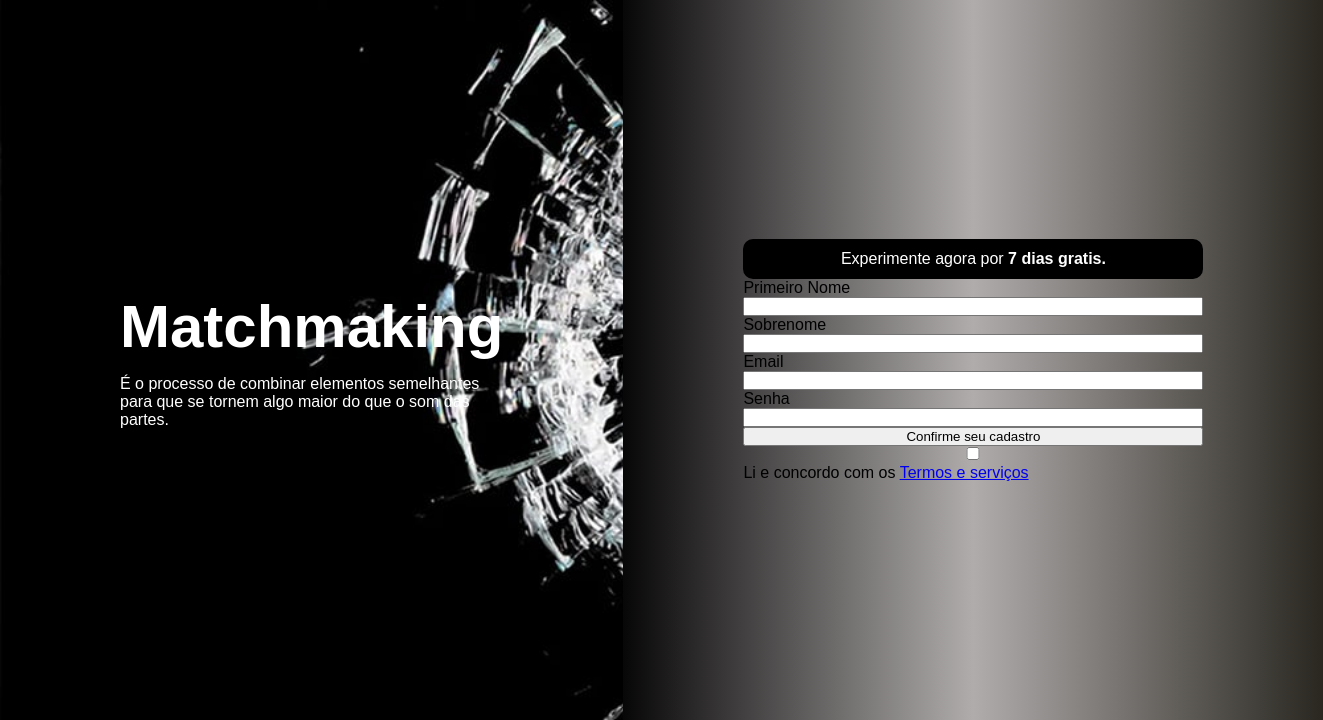
Repository: analessp/tela-login
Page: index.html
The author's editor kept a copy of each file at every save. The page is drawn from the files as they stood at one save, then again after a run of saves.
The browser window is 1280 px wide. The page is 1323 px wide, so the pictures cover 1323 px, including what lies to the right of the window. The pictures show the whole page.
Some web fonts or font styles are not loaded; a fallback is used.

Above is the page before, as saved 2025-04-16 09:43:11.

### index.html
<!DOCTYPE html>
<html lang="pt-br">
  <head>
    <meta charset="UTF-8" />
    <meta name="viewport" content="width=device-width, initial-scale=1.0" />
    <title>Tela de Login</title>
    <link rel="stylesheet" href="style.css" />
    <link rel="preconnect" href="https://fonts.googleapis.com" />
    <link rel="preconnect" href="https://fonts.gstatic.com" crossorigin />
    <link href="https://fonts.googleapis.com/css2?family=Nunito:ital,wght@0,200..1000;1,200..1000&family=Special+Gothic&display=swap" rel="stylesheet" />
  </head>
  <body>
    <main>
      <div class="container-left">
        <h1>Matchmaking</h1>
        <p>É o processo de combinar elementos semelhantes para que se tornem algo maior do que o som das partes.</p>
      </div>
      <div class="container-right">
        <a href="#" class="teste-gratis">
          <p>Experimente agora por <b>7 dias gratis.</b></p>
        </a>
        <div class="forms">
          <form>

            <div>
              <label for="name">
                <p>Primeiro Nome</p>
                <input id="name" type="text" />
              </label>
            </div>

            <div>
                <label for="lastname">
                    <p>Sobrenome</p>
                    <input id="lastname" type="text" />
                </label>
            </div>

            <div>
                <label for="email">
                    <p>Email</p>
                    <input id="email" type="email" />
                </label>
            </div>

            <div>
                <label for="password">
                    <p>Senha</p>
                    <input id="password" type="password" />
                </label>
            </div>

            <button type="submit">
                <p>Confirme seu cadastro</p>
            </button>
            <div>
                <input type="checkbox">
                <p>
                    Li e concordo com os <a href="#">Termos e serviços</a>
                </p>
            </div>
          </form>
        </div>
      </div>
    </main>
  </body>
</html>

### style.css
* {
    margin: 0;
    padding: 0;
    box-sizing: border-box;
    width: 100%;
    font-family: "Special Gothic", sans-serif;
}

main {
    display: flex;
    background-image: url("./assets/background.jpg");
    background-repeat: no-repeat center center;
    background-size: cover;
    display: flex;
    height: 100vh;
    z-index: 0;
}

&::after {
    content: "";
    background: #1e130c;
    position: absolute;
    top: 0;
    left: 0;
    opacity: 0.9;
    width: 100%;
    height: 100%;
    z-index: -1;
}

.container-left {
    color: white;
    display: flex;
    justify-content: center;
    flex-direction: column;
    padding: 40px 120px;
    gap: 14px;
}

.container-left h1 {
    font-size: 60px;

    &:hover::after{
        content: "";
        position: absolute;
        bottom: 380px;
        left: 120px;
        background-color: #1e130c;
        height: 3px;
        width: 400px;
        transition-duration: 800ms;
        animation-name: left-to-right;
        animation-duration: 600ms;
        animation-iteration-count: 1;
        }
}

.container-right {
    background: #080707;
    background: linear-gradient(90deg, rgba(8, 7, 7, 1) 0%, rgba(176, 172, 172, 1) 50%, rgba(41, 39, 32, 1) 100%);
    display: flex;
    flex-direction: column;
    justify-content: center;
    padding: 40px 120px;
}

.teste-gratis {
    display: flex;
    justify-content: center;
    align-items: center;
    width: 460px;
    height: 40px;
    background-color: black;
    text-decoration: none;
    color: white;
    border-radius: 10px;
}

.teste-gratis p{
text-align: center;
}

@keyframes left-to-right {
0% {
    width: 0;
}
}

After the next 2 saves:
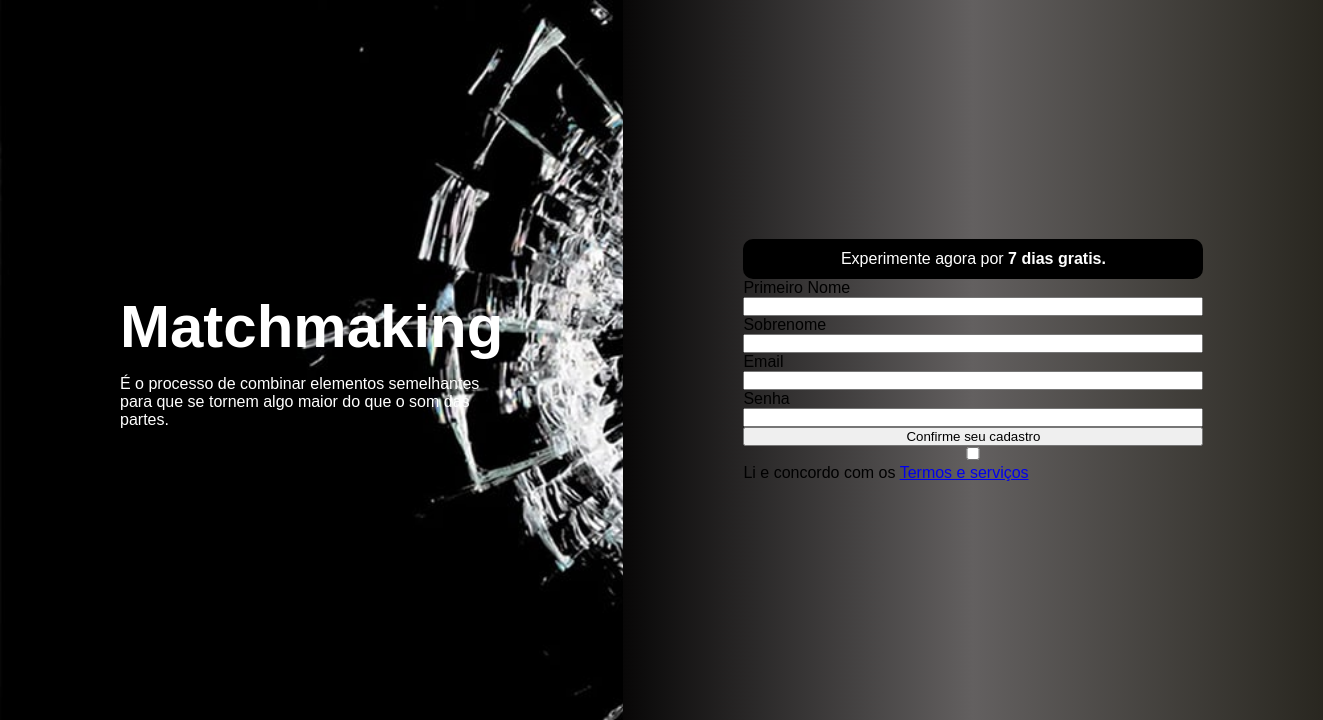
The 2 saves are shown as one change because they came seconds apart.
The last was saved 35 s later.
--- a/style.css
+++ b/style.css
@@ -57,7 +57,7 @@ main {
 
 .container-right {
     background: #080707;
-    background: linear-gradient(90deg, rgba(8, 7, 7, 1) 0%, rgba(176, 172, 172, 1) 50%, rgba(41, 39, 32, 1) 100%);
+    background: linear-gradient(90deg, rgba(8, 7, 7, 1) 0%, rgba(99, 96, 96, 1) 50%, rgba(41, 39, 32, 1) 100%);
     display: flex;
     flex-direction: column;
     justify-content: center;
